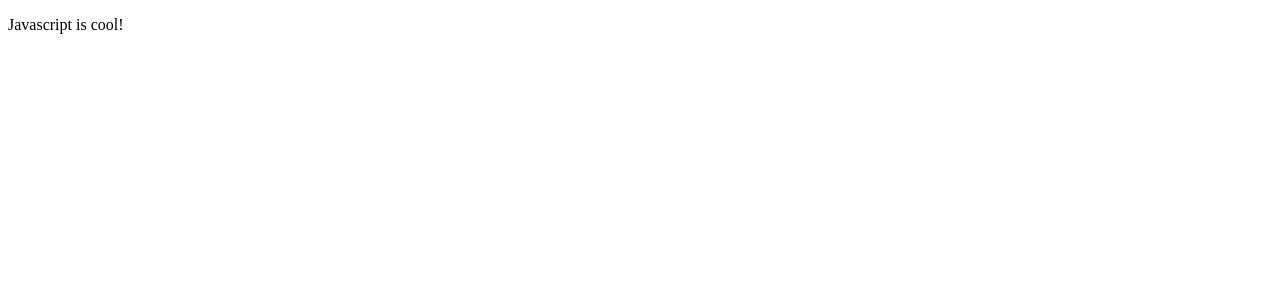
Repository: gregpuzzles1/workspace
Page: Javascript/WebContent/Euler-Javascript.html
An editor plug-in stored every save of this project. The page is shown before and after the next save, followed by the edit.
The browser window is 1280 px wide. The pictures show the whole page.

Above is the page before, as saved 2012-10-31 21:38:42.
Console error: ReferenceError: int is not defined

### Javascript/WebContent/Euler-Javascript.html
<!DOCTYPE html>
<html lang="en">
	<head>
		<meta charset="utf-8">
		<title>Project Euler</title>
		<script type="text/javascript" src="../test.js"></script>
	</head>
	<body>
		<p>Javascript is cool!</p>
	</body>
</html>

### Javascript/test.js
function isPrime(n){
	var k = int(Math.sqrt(n));
	if(n == 1){
		return false;
	}
	if(n == 2){
		return true;
	}
	for(var i = 2; i <= k; i++){
		if(n % i == 0){
			return false;
		}
	}
	return true;
}

var truth = null;
truth = isPrime(5);
document.write(truth);

After the next save:
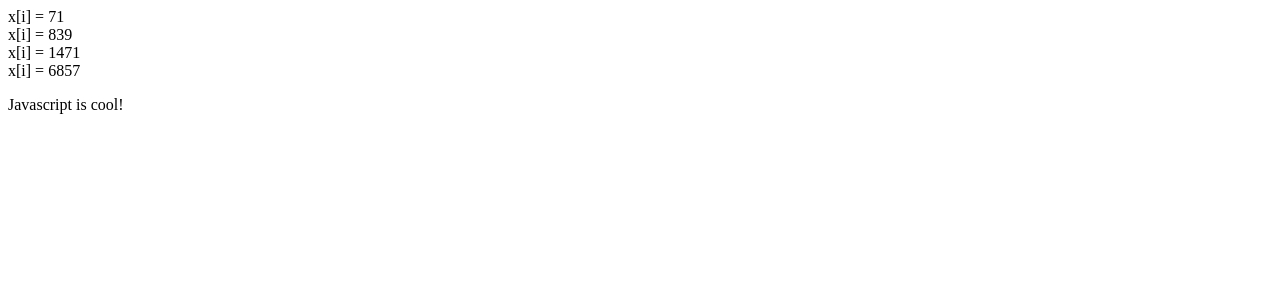
The error is gone.
Saved 3 min 20 s later.
--- a/Javascript/test.js
+++ b/Javascript/test.js
@@ -1,3 +1,28 @@
+var number = 600851475143;
+var x = new Array;
+x = getListOfPrimes(number);
+
+for(var i = 0; i <= x.length; i++){
+	if(number % x[i] == 0){
+		document.write("x[i] = ", x[i], "<br \>");
+		var ii = 1 + 1;
+	}
+}
+
+function int(a) { return Math.floor(a); }
+
+function getListOfPrimes(end){
+	var lstInt = new Array;
+	lstInt.push(2);
+	var sqI = int(Math.sqrt(end));
+	for(var i = 3; i < sqI; i++){
+		if(isPrime(i)){
+			lstInt.push(i);
+		}
+	}
+	return lstInt;
+}
+
 function isPrime(n){
 	var k = int(Math.sqrt(n));
 	if(n == 1){
@@ -13,7 +38,3 @@ function isPrime(n){
 	}
 	return true;
 }
-
-var truth = null;
-truth = isPrime(5);
-document.write(truth);
